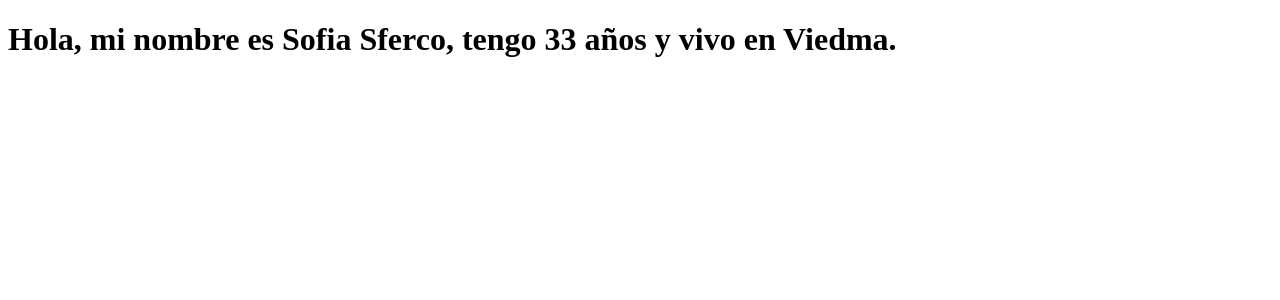
Repository: SofiaSferco/PWA-2026
Page: practico01/index.html
These files come from the project's save history. The page is drawn as it stood at one moment and after a run of saves; the edit follows.
The browser window is 1280 px wide. The pictures show the whole page.

Above is the page before, as saved 2026-09-10 00:10:07.

### practico01/index.html
<!DOCTYPE html>
<html lang="en">
<head>
    <meta charset="UTF-8">
    <title>Practico 01</title>
    <script src="https://cdn.jsdelivr.net/npm/vue/dist/vue.js"></script>
</head>
<body>
    <div id="app">
        <h1></h1>
        <h1>Hola, mi nombre es {{nombre}}, tengo {{edad}} años y vivo en {{ciudad}}.</h1>
    </div>
    <script>
       var app= new Vue({
           el: '#app',
           data: {
               nombre: 'Sofia Sferco',
               edad: 33,
               ciudad: 'Viedma',
           }
       })
    </script>
</body>
</html>

After the next 4 saves:
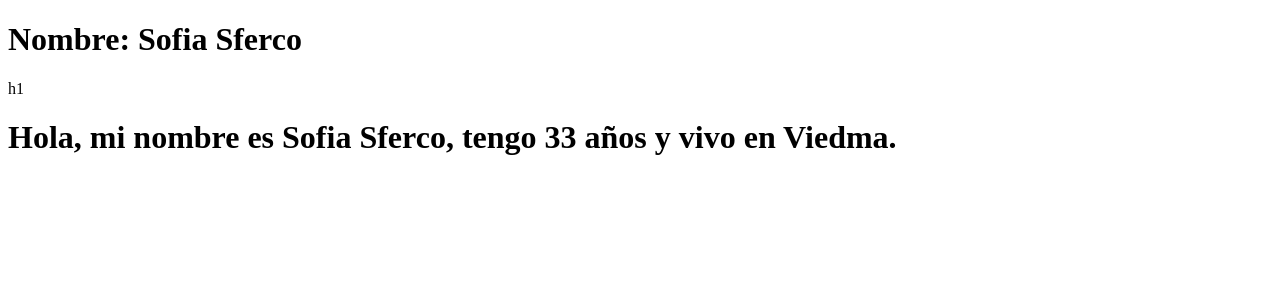
The 4 saves are shown as one change because they came seconds apart.
The last was saved 22 s later.
--- a/practico01/index.html
+++ b/practico01/index.html
@@ -7,7 +7,8 @@
 </head>
 <body>
     <div id="app">
-        <h1></h1>
+        <h1>Nombre: {{nombre}}</h1>
+        h1
         <h1>Hola, mi nombre es {{nombre}}, tengo {{edad}} años y vivo en {{ciudad}}.</h1>
     </div>
     <script>
